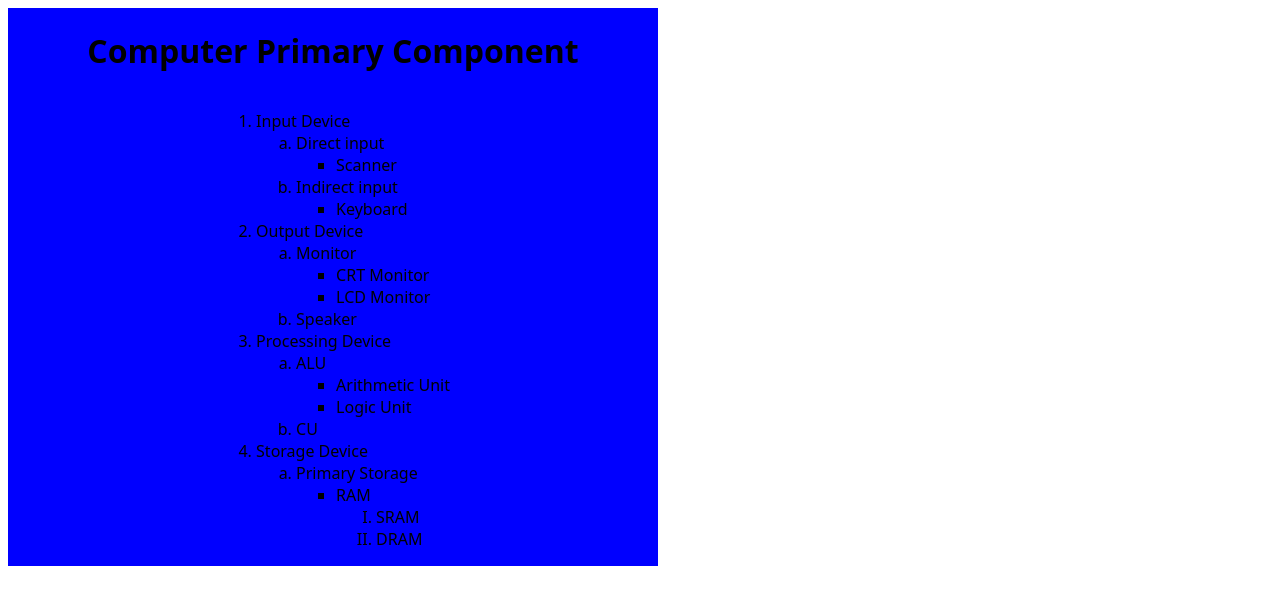
Repository: SharonSebastian32/Nested_List_in_html
Page: index.html
The author's editor kept a copy of each file at every save. The page is drawn from the files as they stood at one save, then again after the next save.
The browser window is 1280 px wide. The pictures show the whole page.

Above is the page before, as saved 2024-09-01 07:48:23.

After the next save:
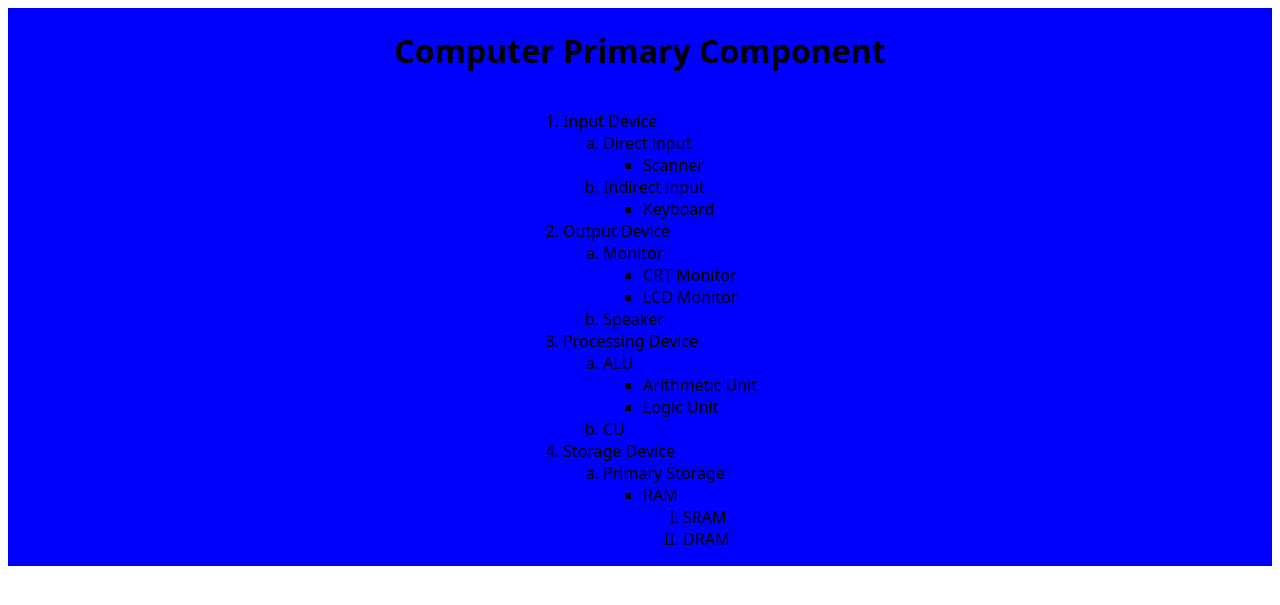
Saved 11 s later.
--- a/index.html
+++ b/index.html
@@ -7,7 +7,7 @@
     <link rel="stylesheet" href="./Styles/Styles.css" />
   </head>
   <body>
-    <div style="display: flex; justify-content: center; align-items: center; flex-direction:column; background-color: blue; width: 650px;">
+    <div style="display: flex; justify-content: center; align-items: center; flex-direction:column; background-color: blue; width: px;">
       <h1>Computer Primary Component</h1>
       <ol>
         <li>Input Device</li>
